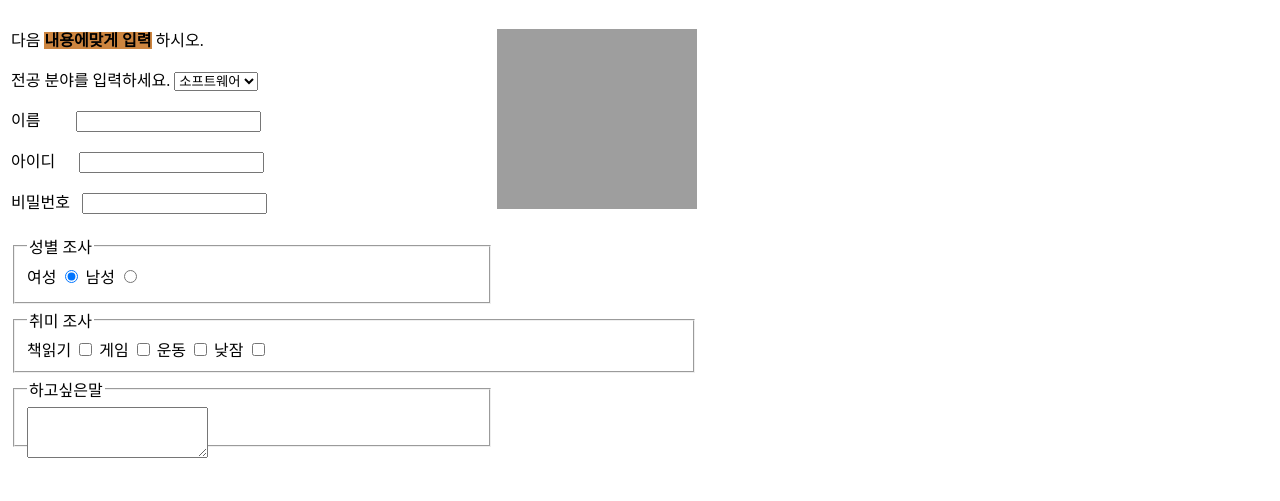
Repository: basstpgns/20201029html
Page: jsp/html/quiz03.html
An editor plug-in stored every save of this project. The page is shown before and after a run of saves, followed by the edit.
The browser window is 1280 px wide. The pictures show the whole page.
Pictures or frames that could not be fetched are drawn as grey boxes.

Above is the page before, as saved 2020-10-30 02:45:38.

After the next 2 saves:
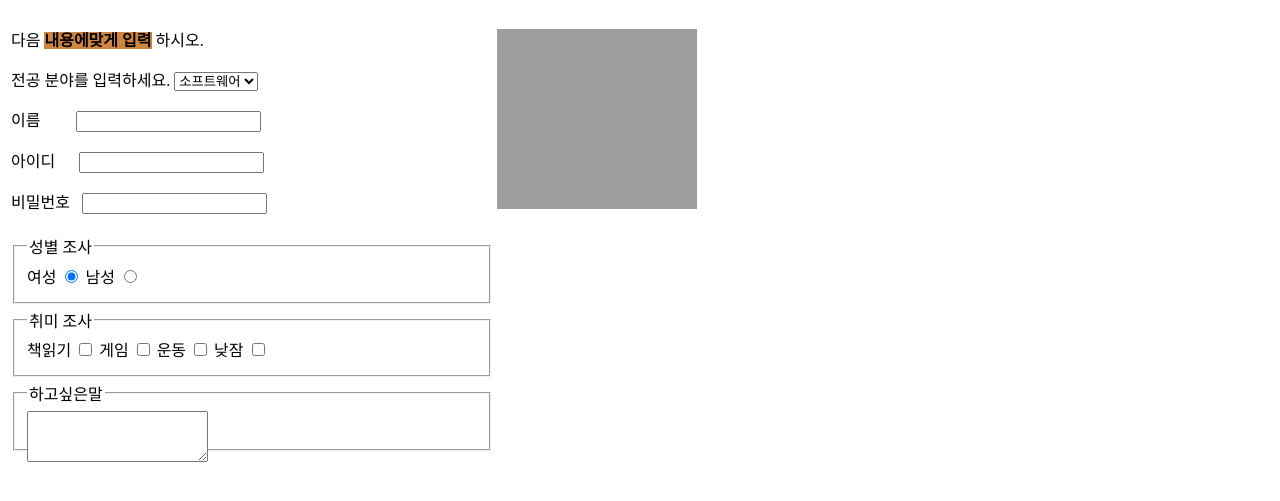
The 2 saves are shown as one change because they came seconds apart.
The last was saved 31 s later.
--- a/jsp/html/quiz03.html
+++ b/jsp/html/quiz03.html
@@ -40,7 +40,7 @@
 		</tr>
 		<tr>
 			<td colspan="2">
-				<fieldset>
+				<fieldset style="width: 450px; height: 50px;">
 					<legend> 취미 조사 </legend>
 					책읽기 <input type="checkbox"> 게임 <input type="checkbox">
 					운동 <input type="checkbox"> 낮잠 <input type="checkbox">
